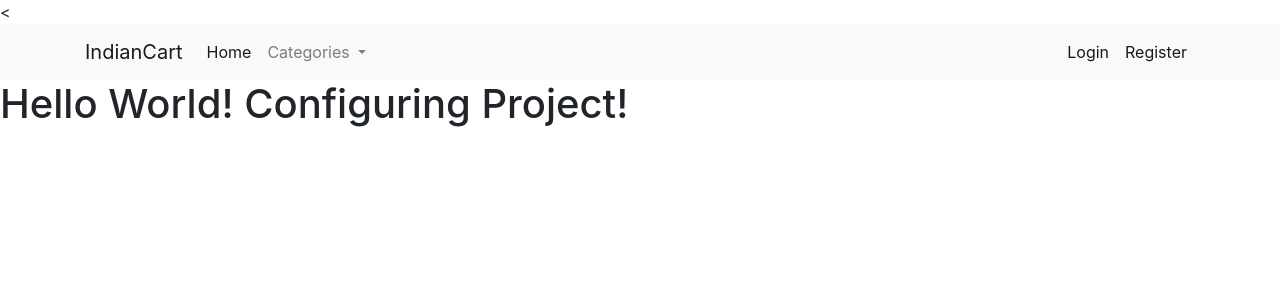
Repository: neerajchavan/E-Commerce-Project
Page: http://localhost/E-Commerce-Project/
The author's editor kept a copy of each file at every save. The page is drawn from the files as they stood at one save, then again after the next save.
The browser window is 1280 px wide. The pictures show the whole page.
Some web libraries are served in a nearby version. The page is served by Tomcat 9.

Above is the page before, as saved 2020-10-07 14:56:57.

After the next save:
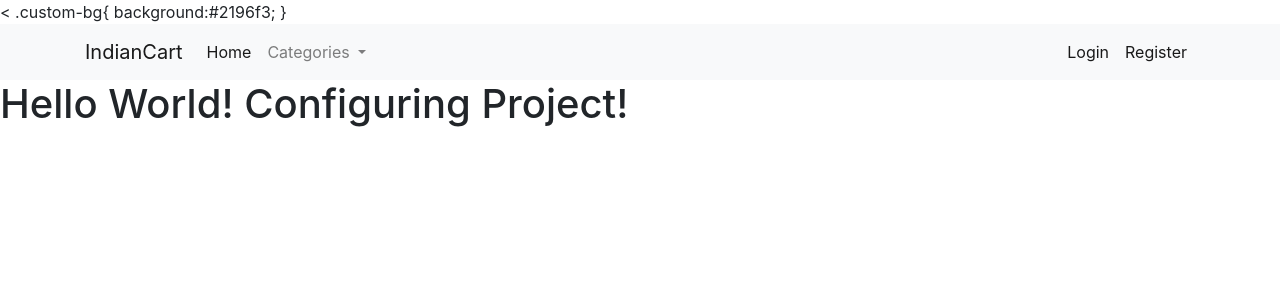
Saved 48 s later.
--- a/E-Commerce-Project/WebContent/index.jsp
+++ b/E-Commerce-Project/WebContent/index.jsp
@@ -7,6 +7,8 @@
 <meta charset="UTF-8">
 <title>Insert title here</title>
 <%@include file="Components/Common_JS_CSS.jsp" %>
+<%@include file="CSS/Style.css" %>
+
 </head>
 
 <body>
